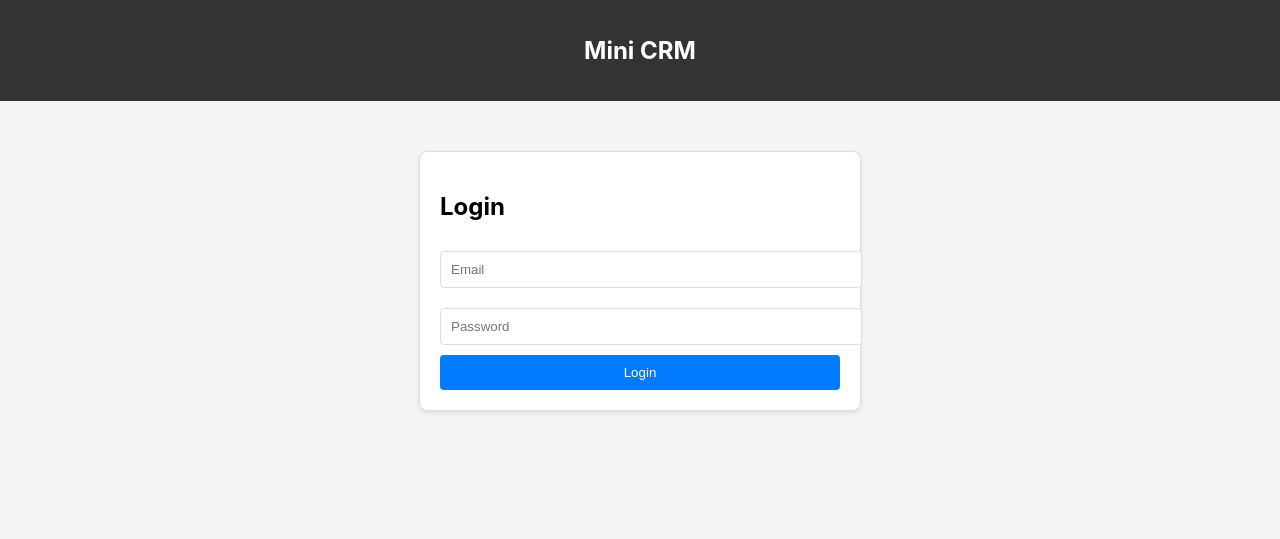
Repository: KarthikMallareddy/Mini-CRM
Page: /login (app in frontend/)
These files come from the project's save history. The page is drawn as it stood at one moment and after the next save; the edit follows.
The browser window is 1280 px wide. The pictures show the whole page.
The project was rebuilt for these pictures with package versions that can differ from the ones it lists, and the page was loaded fresh each time. Also part of the build but not shown: frontend/src/components/CustomerList.js, frontend/src/components/CustomerDetail.js, frontend/src/components/LeadList.js, frontend/src/components/LeadForm.js, frontend/src/pages/Register.js, frontend/src/pages/Dashboard.js.

Above is the page before, as saved 2025-09-14 00:32:37.

### frontend/public/index.html
<!DOCTYPE html>
<html lang="en">
  <head>
    <meta charset="utf-8" />
    <meta name="viewport" content="width=device-width, initial-scale=1" />
    <meta name="theme-color" content="#000000" />
    <meta
      name="description"
      content="Mini CRM application"
    />
    <title>Mini CRM</title>
  </head>
  <body>
    <noscript>You need to enable JavaScript to run this app.</noscript>
    <div id="root"></div>
  </body>
</html>

### frontend/src/index.css
body {
  margin: 0;
  font-family: -apple-system, BlinkMacSystemFont, 'Segoe UI', 'Roboto', 'Oxygen',
    'Ubuntu', 'Cantarell', 'Fira Sans', 'Droid Sans', 'Helvetica Neue',
    sans-serif;
  -webkit-font-smoothing: antialiased;
  -moz-osx-font-smoothing: grayscale;
  background-color: #f5f5f5;
}

/* Authentication Styles */
.auth-container {
  max-width: 400px;
  margin: 50px auto;
  padding: 20px;
  border: 1px solid #ddd;
  border-radius: 8px;
  background-color: white;
  box-shadow: 0 2px 4px rgba(0,0,0,0.1);
}

.auth-container input {
  width: 100%;
  padding: 10px;
  margin: 10px 0;
  border: 1px solid #ddd;
  border-radius: 4px;
}

.auth-container button {
  width: 100%;
  padding: 10px;
  background-color: #007bff;
  color: white;
  border: none;
  border-radius: 4px;
  cursor: pointer;
}

.error {
  color: red;
  margin-top: 10px;
}

.success {
  color: green;
  margin-top: 10px;
}

/* Navigation */
.navbar {
  background-color: #333;
  color: white;
  padding: 1rem;
  text-align: center;
  margin-bottom: 20px;
}

/* Dashboard Styles */
.dashboard {
  max-width: 1200px;
  margin: 0 auto;
  padding: 20px;
}

.dashboard-content {
  display: grid;
  grid-template-columns: 1fr 1fr;
  gap: 20px;
}

.loading {
  text-align: center;
  padding: 20px;
  font-size: 18px;
}

/* Customer List Styles */
.customer-list {
  background: white;
  padding: 20px;
  border-radius: 8px;
  box-shadow: 0 2px 4px rgba(0,0,0,0.1);
}

.customer-list-header {
  display: flex;
  justify-content: space-between;
  align-items: center;
  margin-bottom: 20px;
}

.customer-list-header button {
  background-color: #28a745;
  color: white;
  border: none;
  padding: 10px 15px;
  border-radius: 4px;
  cursor: pointer;
}

.search-bar input {
  width: 100%;
  padding: 10px;
  border: 1px solid #ddd;
  border-radius: 4px;
  margin-bottom: 20px;
}

.add-customer-form {
  background-color: #f8f9fa;
  padding: 15px;
  border-radius: 4px;
  margin-bottom: 20px;
}

.add-customer-form input {
  width: 100%;
  padding: 8px;
  margin: 5px 0;
  border: 1px solid #ddd;
  border-radius: 4px;
}

.add-customer-form button {
  background-color: #007bff;
  color: white;
  border: none;
  padding: 10px 15px;
  border-radius: 4px;
  cursor: pointer;
}

.customers-grid {
  display: grid;
  gap: 15px;
}

.customer-card {
  padding: 15px;
  border: 1px solid #ddd;
  border-radius: 8px;
  cursor: pointer;
  transition: background-color 0.2s;
}

.customer-card:hover {
  background-color: #f8f9fa;
}

.customer-card h3 {
  margin: 0 0 10px 0;
  color: #333;
}

.customer-card p {
  margin: 5px 0;
  color: #666;
}

/* Lead List Styles */
.lead-list {
  background: white;
  padding: 20px;
  border-radius: 8px;
  box-shadow: 0 2px 4px rgba(0,0,0,0.1);
}

.lead-list-header {
  display: flex;
  justify-content: space-between;
  align-items: center;
  margin-bottom: 20px;
}

.lead-list-header button {
  background-color: #17a2b8;
  color: white;
  border: none;
  padding: 10px 15px;
  border-radius: 4px;
  cursor: pointer;
}

.lead-filters select {
  padding: 8px;
  border: 1px solid #ddd;
  border-radius: 4px;
  margin-bottom: 20px;
}

.add-lead-form {
  background-color: #f8f9fa;
  padding: 15px;
  border-radius: 4px;
  margin-bottom: 20px;
}

.add-lead-form input,
.add-lead-form textarea,
.add-lead-form select {
  width: 100%;
  padding: 8px;
  margin: 5px 0;
  border: 1px solid #ddd;
  border-radius: 4px;
}

.add-lead-form button {
  background-color: #007bff;
  color: white;
  border: none;
  padding: 10px 15px;
  border-radius: 4px;
  cursor: pointer;
}

.leads-grid {
  display: grid;
  gap: 15px;
}

.lead-card {
  padding: 15px;
  border: 1px solid #ddd;
  border-radius: 8px;
  background-color: #f8f9fa;
}

.lead-card h3 {
  margin: 0 0 10px 0;
  color: #333;
}

.lead-card p {
  margin: 5px 0;
  color: #666;
}

.lead-status select {
  padding: 5px;
  border: 1px solid #ddd;
  border-radius: 4px;
  margin: 10px 0;
}

.lead-card small {
  color: #999;
}

/* Responsive Design */
@media (max-width: 768px) {
  .dashboard-content {
    grid-template-columns: 1fr;
  }

  .customer-list-header,
  .lead-list-header {
    flex-direction: column;
    gap: 10px;
  }
}

### frontend/src/App.js
import React from 'react';
import { BrowserRouter as Router, Routes, Route, Navigate } from 'react-router-dom';
import { Navbar } from './components';
import Register from './pages/Register';
import Login from './pages/Login';
import Dashboard from './pages/Dashboard';

function App() {
  const isAuthenticated = !!localStorage.getItem('token');

  return (
    <Router>
      <Navbar />
      <Routes>
        <Route path="/" element={<Navigate to={isAuthenticated ? "/dashboard" : "/login"} />} />
        <Route path="/register" element={<Register />} />
        <Route path="/login" element={<Login />} />
        <Route
          path="/dashboard"
          element={isAuthenticated ? <Dashboard /> : <Navigate to="/login" />}
        />
      </Routes>
    </Router>
  );
}

export default App;

### frontend/src/components/index.js
// Centralized export for all components
export { default as Navbar } from './Navbar';
export { default as CustomerList } from './CustomerList';
export { default as CustomerDetail } from './CustomerDetail';
export { default as LeadList } from './LeadList';
export { default as LeadForm } from './LeadForm';

### frontend/src/pages/Login.js
import React, { useState } from 'react';
import { useNavigate } from 'react-router-dom';

const Login = () => {
  const [form, setForm] = useState({ email: '', password: '' });
  const [error, setError] = useState('');
  const navigate = useNavigate();

  const handleChange = (e) => {
    setForm({ ...form, [e.target.name]: e.target.value });
  };

  const handleSubmit = async (e) => {
    e.preventDefault();
    setError('');
    try {
      const res = await fetch('http://localhost:5000/login', {
        method: 'POST',
        headers: { 'Content-Type': 'application/json' },
        body: JSON.stringify(form),
      });
      const data = await res.json();
      if (!res.ok) throw new Error(data.message || 'Login failed');
      localStorage.setItem('token', data.token);
      navigate('/dashboard');
    } catch (err) {
      setError(err.message);
    }
  };

  return (
    <div className="auth-container">
      <h2>Login</h2>
      <form onSubmit={handleSubmit}>
        <input name="email" type="email" placeholder="Email" value={form.email} onChange={handleChange} required />
        <input name="password" type="password" placeholder="Password" value={form.password} onChange={handleChange} required />
        <button type="submit">Login</button>
      </form>
      {error && <div className="error">{error}</div>}
    </div>
  );
};

export default Login;

### frontend/src/components/Navbar.js
import React from 'react';
import { useNavigate } from 'react-router-dom';

const Navbar = () => {
  const navigate = useNavigate();
  const isAuthenticated = !!localStorage.getItem('token');

  const handleLogout = () => {
    localStorage.removeItem('token');
    navigate('/login');
  };

  return (
    <nav className="navbar">
      <h1>Mini CRM</h1>
      {isAuthenticated && (
        <button onClick={handleLogout} style={{
          background: '#dc3545',
          color: 'white',
          border: 'none',
          padding: '8px 16px',
          borderRadius: '4px',
          cursor: 'pointer'
        }}>
          Logout
        </button>
      )}
    </nav>
  );
};

export default Navbar;

Loaded but not shown: frontend/src/index.js (common file); frontend/src/reportWebVitals.js (common file)

After the next save:
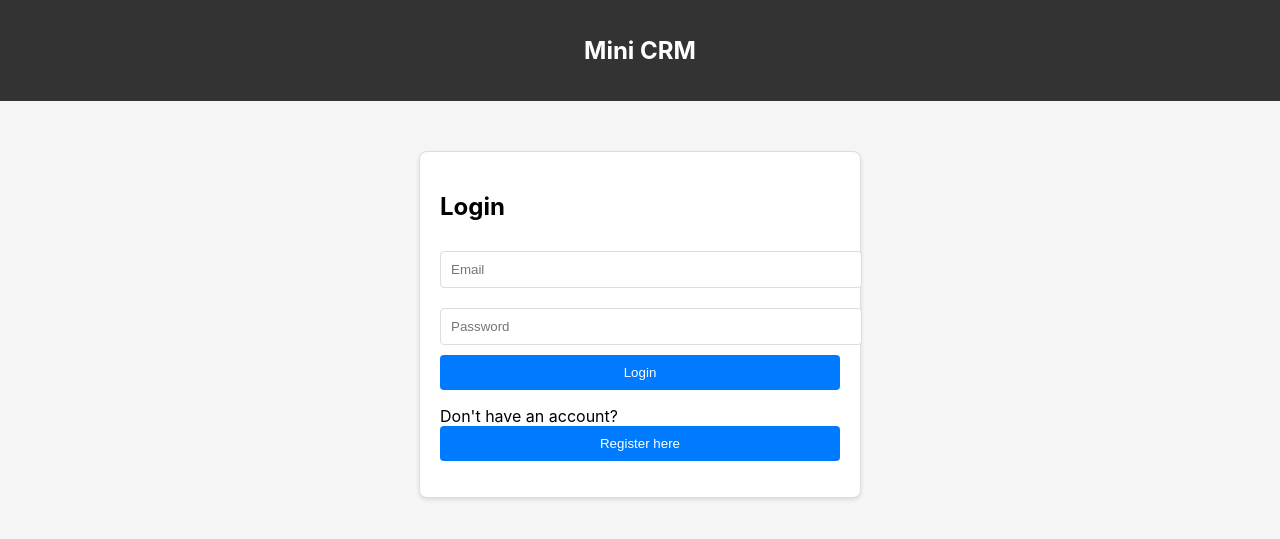
Saved 2 min 4 s later.
--- a/frontend/src/pages/Login.js
+++ b/frontend/src/pages/Login.js
@@ -37,6 +37,9 @@ const Login = () => {
         <button type="submit">Login</button>
       </form>
       {error && <div className="error">{error}</div>}
+      <div className="auth-link">
+        <p>Don't have an account? <button onClick={() => navigate('/register')} className="link-button">Register here</button></p>
+      </div>
     </div>
   );
 };
